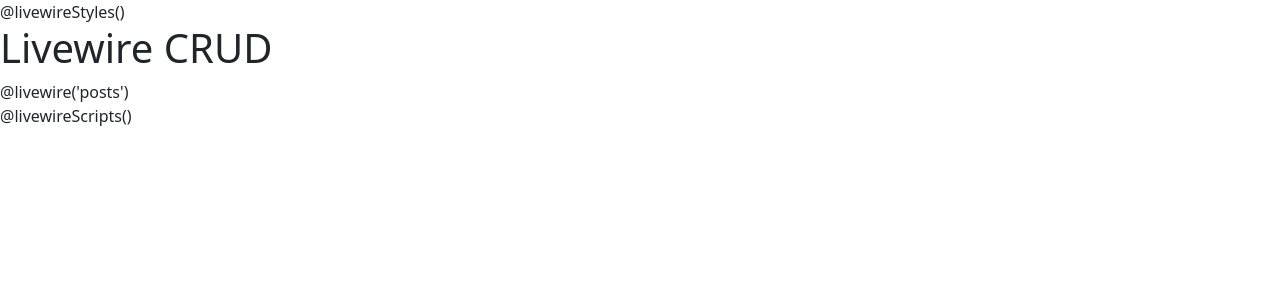
Repository: rkrukshan/Laravel-CRUD-with-Livewire-V-3.0
Page: http://localhost/
These files come from the project's save history. The page is drawn as it stood at one moment and after the next save; the edit follows.
The browser window is 1280 px wide. The pictures show the whole page.
The page is served by the project's Laravel application, run on PHP 8.4 with Laravel 10. Other server files are loaded and not shown.

Above is the page before, as saved 2023-11-10 23:53:53.

### app/Providers/AppServiceProvider.php
<?php

namespace App\Providers;

use Illuminate\Support\Facades\Schema;
use Illuminate\Support\ServiceProvider;

class AppServiceProvider extends ServiceProvider
{
    /**
     * Register any application services.
     */
    public function register(): void
    {
        //
    }

    /**
     * Bootstrap any application services.
     */
    public function boot(): void
    {
        Schema::defaultStringLength('191');
    }
}

### resources/views/welcome.blade.php
<!doctype html>
<html lang="en">
  <head>
    <meta charset="utf-8">
    <meta name="viewport" content="width=device-width, initial-scale=1">
    <title>Livewire CRUD</title>
    <link href="https://cdn.jsdelivr.net/npm/bootstrap@5.3.2/dist/css/bootstrap.min.css" rel="stylesheet" integrity="sha384-T3c6CoIi6uLrA9TneNEoa7RxnatzjcDSCmG1MXxSR1GAsXEV/Dwwykc2MPK8M2HN" crossorigin="anonymous">
    @livewireStyles()
  </head>
  <body>
<div>
    <h1>Livewire CRUD</h1>
    @livewire('posts')
    </div>
        <script src="https://cdn.jsdelivr.net/npm/bootstrap@5.3.2/dist/js/bootstrap.bundle.min.js" integrity="sha384-C6RzsynM9kWDrMNeT87bh95OGNyZPhcTNXj1NW7RuBCsyN/o0jlpcV8Qyq46cDfL" crossorigin="anonymous"></script>
  @livewireScripts()

  </body>
</html>

Loaded but not shown: routes/web.php (common file)

After the next save:
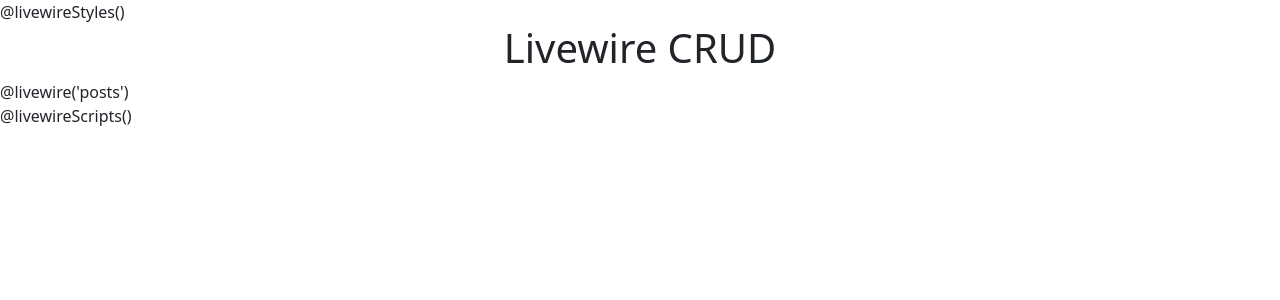
Saved 48 s later.
--- a/resources/views/welcome.blade.php
+++ b/resources/views/welcome.blade.php
@@ -9,7 +9,7 @@
   </head>
   <body>
 <div>
-    <h1>Livewire CRUD</h1>
+   <center> <h1>Livewire CRUD</h1></center>
     @livewire('posts')
     </div>
         <script src="https://cdn.jsdelivr.net/npm/bootstrap@5.3.2/dist/js/bootstrap.bundle.min.js" integrity="sha384-C6RzsynM9kWDrMNeT87bh95OGNyZPhcTNXj1NW7RuBCsyN/o0jlpcV8Qyq46cDfL" crossorigin="anonymous"></script>
